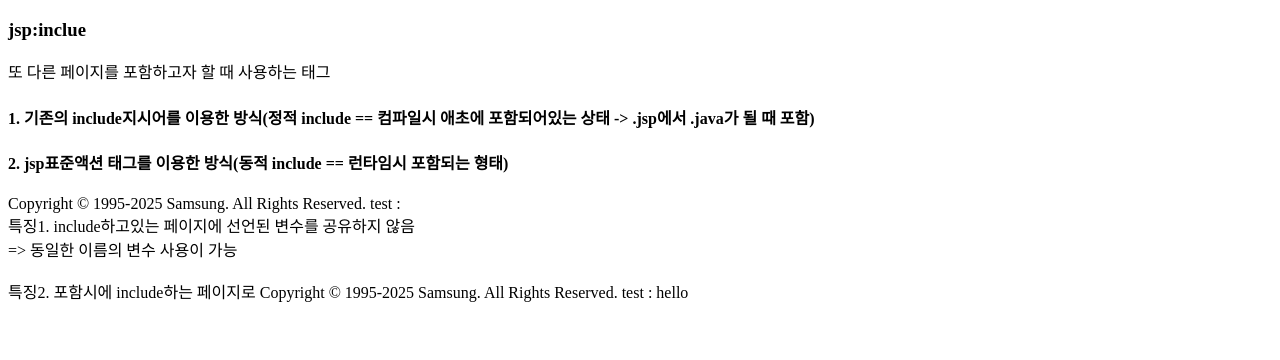
Repository: HwangInTae82/JSPProject
Page: http://localhost/elAction/views/2_standard_action_tag/01_include.jsp
An editor plug-in stored every save of this project. The page is shown before and after a run of saves, followed by the edit.
The browser window is 1280 px wide. The pictures show the whole page.
The page is served by Tomcat 10. Other server files are loaded and not shown.

Above is the page before, as saved 2025-02-24 03:31:29.

### elAction/src/main/webapp/views/2_standard_action_tag/01_include.jsp
<%@ page language="java" contentType="text/html; charset=UTF-8"
    pageEncoding="UTF-8"%>
<!DOCTYPE html>
<html>
<head>
<meta charset="UTF-8">
<title>Insert title here</title>
</head>
<body>
    <h3>jsp:inclue</h3>
    <p>또 다른 페이지를 포함하고자 할 때 사용하는 태그</p>

    <h4>1. 기존의 include지시어를 이용한 방식(정적 include == 컴파일시 애초에 포함되어있는 상태 -> .jsp에서 .java가 될 때 포함)</h4>

    <%--
    <%@ include file="footer.jsp" %>
    <br><br>

    특징 : include하고있는 페이지상의 선언되어있는 변수를 현재 페이지에서도 사용가능 <br>
    include한 페이지의 year변수 : <%=year%> <br><br>


    => 단 현재 이페이지에서 동일한 이름의 변수를 선언할 수 없다. <br>
    <%int year = 2025;%>
    --%>

    <h4>2. jsp표준액션 태그를 이용한 방식(동적 include == 런타임시 포함되는 형태)</h4>
    <jsp:include page="footer.jsp" />
    <br>

    특징1. include하고있는 페이지에 선언된 변수를 공유하지 않음 <br>
    => 동일한 이름의 변수 사용이 가능 <br><br>
    <% int year = 2025; %>

   	특징2. 포함시에 include하는 페이지로
    <jsp:include page="footer.jsp">
    	<jsp:param name="test" value="hello" />
    </jsp:include>

</body>
</html>

### elAction/src/main/webapp/views/2_standard_action_tag/footer.jsp
<%@ page language="java" contentType="text/html; charset=UTF-8"
    pageEncoding="UTF-8"%>
<!DOCTYPE html>
<html>
<head>
<meta charset="UTF-8">
<title>Insert title here</title>
</head>
<body>
    <%
        String year= new java.text.SimpleDateFormat("yyyy").format(new java.util.Date());
    %>
    Copyright © 1995-2025 Samsung. All Rights Reserved.
    test : ${param.test}

</body>
</html>

After the next 2 saves:
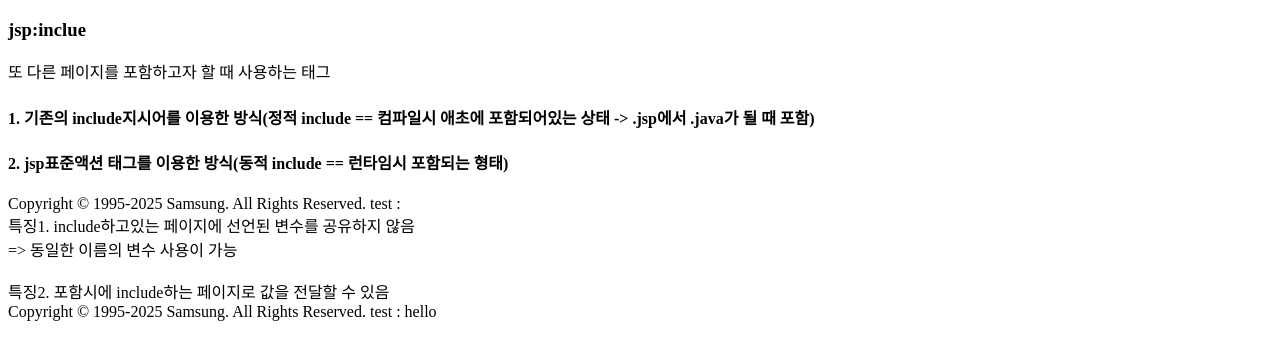
The 2 saves are shown as one change because they came seconds apart.
The last was saved 6 s later.
--- a/elAction/src/main/webapp/views/2_standard_action_tag/01_include.jsp
+++ b/elAction/src/main/webapp/views/2_standard_action_tag/01_include.jsp
@@ -32,7 +32,7 @@
     => 동일한 이름의 변수 사용이 가능 <br><br>
     <% int year = 2025; %>
 
-   	특징2. 포함시에 include하는 페이지로
+   	특징2. 포함시에 include하는 페이지로 값을 전달할 수 있음 <br>
     <jsp:include page="footer.jsp">
     	<jsp:param name="test" value="hello" />
     </jsp:include>
